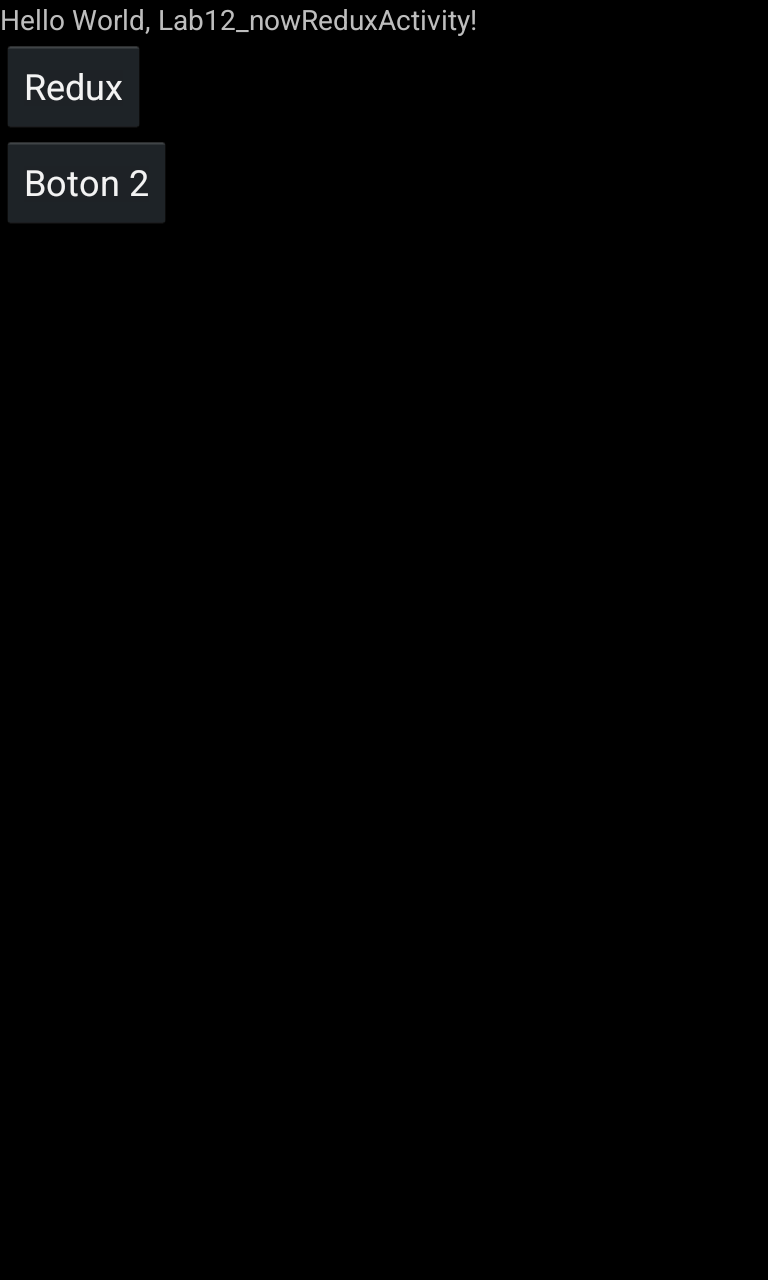
Repository: dorisserruto/un_exercises
Layout: javaandroid/Recursos/workspace-profe/lab12_nowRedux/res/layout/main.xml
An editor plug-in stored every save of this project. The layout is shown before and after the next save, followed by the edit.
It is drawn on a 768 x 1280 px phone screen (xhdpi) without system bars, with theme android:Theme.Holo; the app's code is not run.

Above is the layout before, as saved 2012-06-24 15:05:16.

### javaandroid/Recursos/workspace-profe/lab12_nowRedux/res/layout/main.xml
<?xml version="1.0" encoding="utf-8"?>
<LinearLayout xmlns:android="http://schemas.android.com/apk/res/android"
    android:layout_width="fill_parent"
    android:layout_height="fill_parent"
    android:orientation="vertical" >

    <TextView
        android:layout_width="fill_parent"
        android:layout_height="wrap_content"
        android:text="@string/hello" />

    <Button
        android:id="@+id/button1"
        android:layout_width="wrap_content"
        android:layout_height="wrap_content"
        android:text="Redux"
        android:onClick="someMethod"
        />

    <Button
        android:id="@+id/boton2"
        android:layout_width="wrap_content"
        android:layout_height="wrap_content"
        android:text="Boton 2" />

</LinearLayout>

### javaandroid/Recursos/workspace-profe/lab12_nowRedux/res/values/strings.xml
<?xml version="1.0" encoding="utf-8"?>
<resources>

    <string name="hello">Hello World, Lab12_nowReduxActivity!</string>
    <string name="app_name">Lab12_nowRedux</string>

</resources>

After the next save:
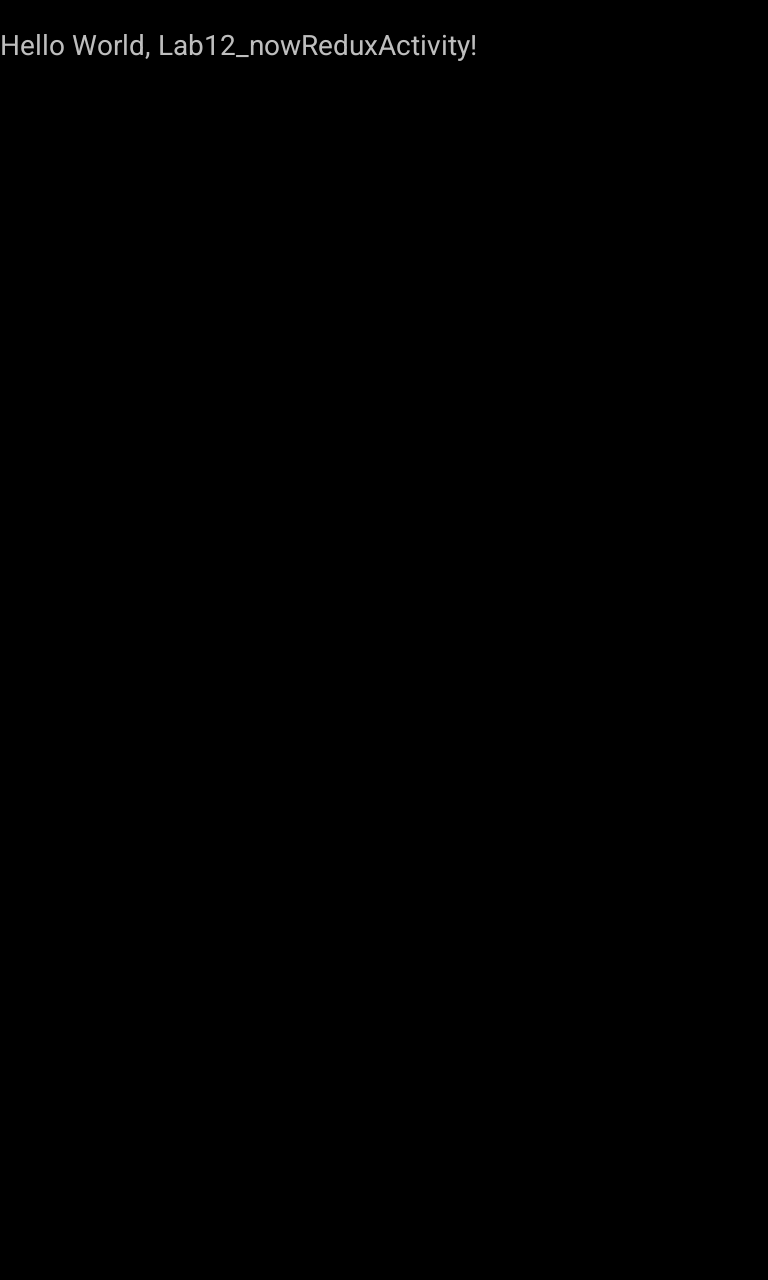
Saved 57 s later.
--- a/javaandroid/Recursos/workspace-profe/lab12_nowRedux/res/layout/main.xml
+++ b/javaandroid/Recursos/workspace-profe/lab12_nowRedux/res/layout/main.xml
@@ -2,7 +2,7 @@
 <LinearLayout xmlns:android="http://schemas.android.com/apk/res/android"
     android:layout_width="fill_parent"
     android:layout_height="fill_parent"
-    android:orientation="vertical" >
+    android:orientation="horizontal">"
 
     <TextView
         android:layout_width="fill_parent"

After the save that followed:
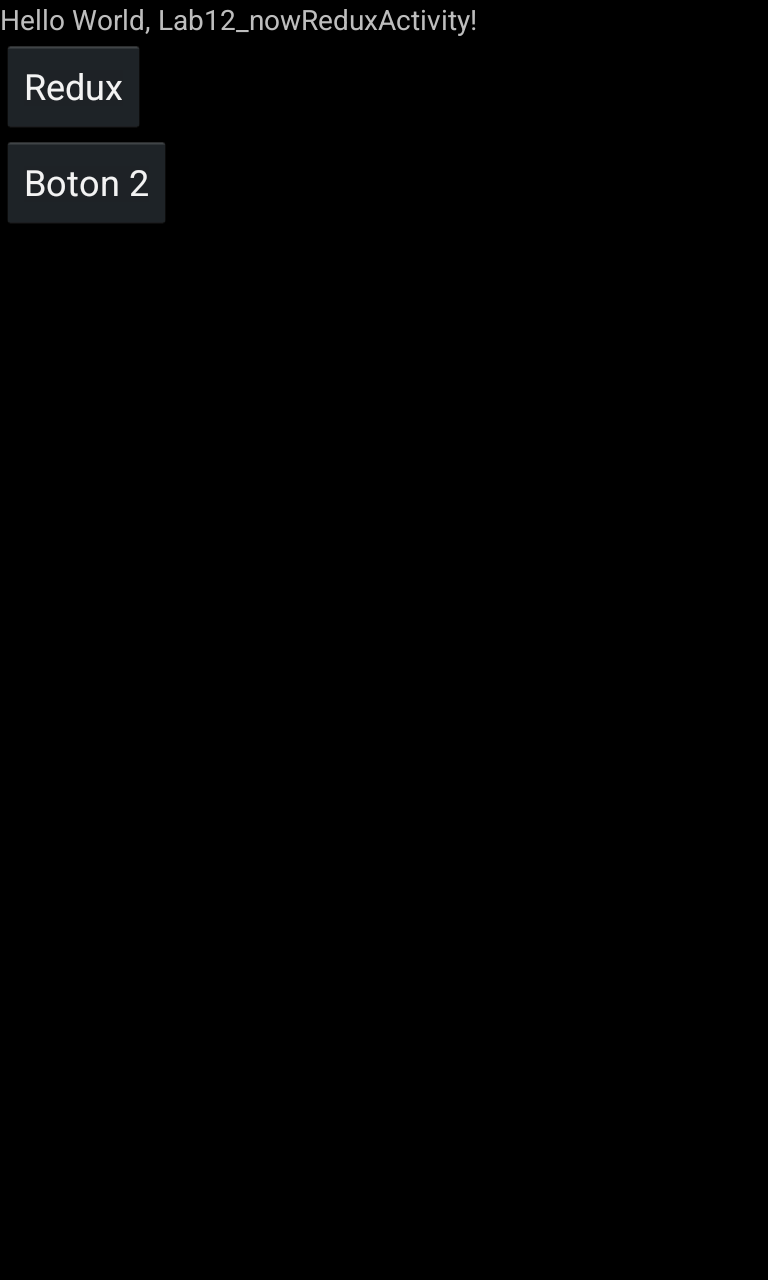
Saved 25 s later.
--- a/javaandroid/Recursos/workspace-profe/lab12_nowRedux/res/layout/main.xml
+++ b/javaandroid/Recursos/workspace-profe/lab12_nowRedux/res/layout/main.xml
@@ -2,7 +2,7 @@
 <LinearLayout xmlns:android="http://schemas.android.com/apk/res/android"
     android:layout_width="fill_parent"
     android:layout_height="fill_parent"
-    android:orientation="horizontal">"
+    android:orientation="vertical">"
 
     <TextView
         android:layout_width="fill_parent"
